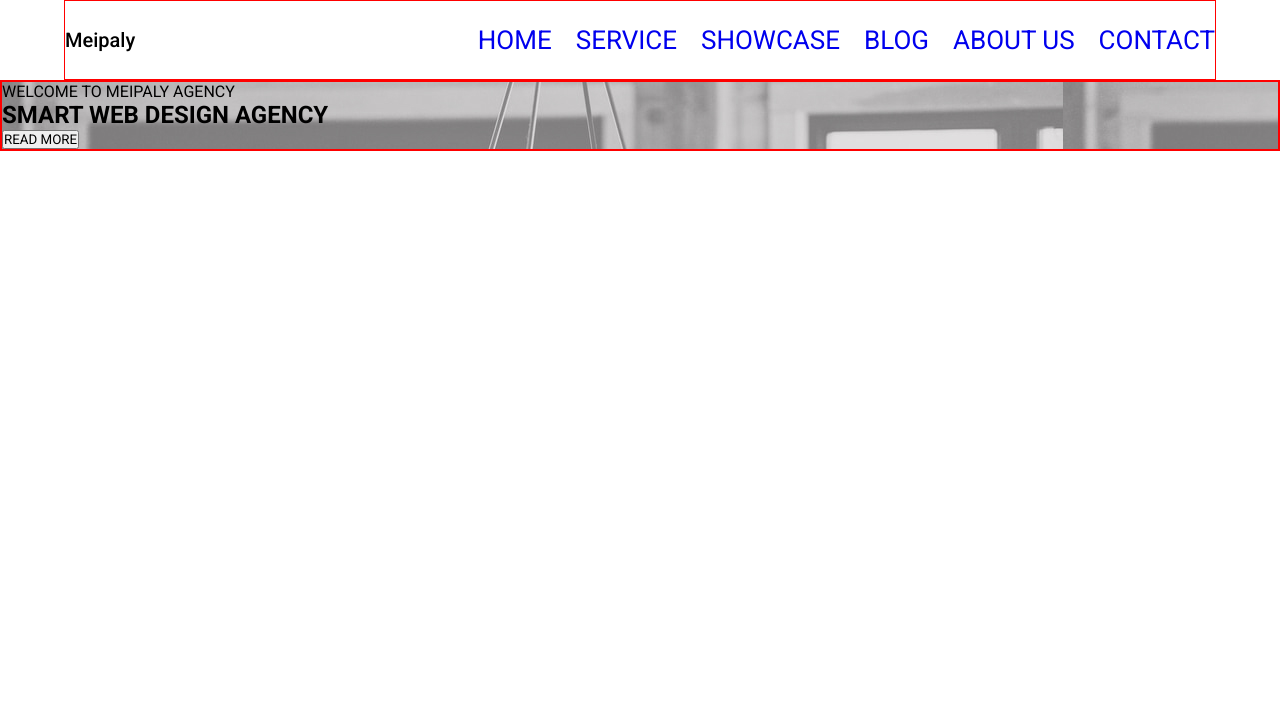
Repository: ducdatit2002/meipaly
Page: index.html
These files come from the project's save history. The page is drawn as it stood at one moment and after the next save; the edit follows.
The browser window is 1280 px wide. The pictures show the whole page.

Above is the page before, as saved 2023-07-10 19:49:37.

### index.html
<!DOCTYPE html>
<html lang="en">
  <head>
    <meta charset="UTF-8" />
    <meta name="viewport" content="width=device-width, initial-scale=1.0" />
    <title>Meipaly</title>
    <link rel="stylesheet" href="./index.css" />
    <link
      rel="stylesheet"
      href="https://cdnjs.cloudflare.com/ajax/libs/font-awesome/6.4.0/css/all.min.css"
      integrity="sha512-iecdLmaskl7CVkqkXNQ/ZH/XLlvWZOJyj7Yy7tcenmpD1ypASozpmT/E0iPtmFIB46ZmdtAc9eNBvH0H/ZpiBw=="
      crossorigin="anonymous"
      referrerpolicy="no-referrer"
    />
    <link rel="preconnect" href="https://fonts.googleapis.com">
    <link rel="preconnect" href="https://fonts.gstatic.com" crossorigin>
    <link
        href="https://fonts.googleapis.com/css2?family=Open+Sans:wght@300;400;500;600&family=Roboto:wght@300;400;500;700&display=swap"
        rel="stylesheet">
  </head>
  <body>
    <header>
      <div class="header__container">
        <span>Meipaly</span>
        <nav>
            <a href="#">HOME</a>
            <a href="#">SERVICE</a>
            <a href="#">SHOWCASE</a>
            <a href="#">BLOG</a>
            <a href="#">ABOUT US</a>
            <a href="#">CONTACT</a>
        </nav>
      </div>
    </header>
    <section class="banner">
        <div class="banner__container">
            <p>WELCOME TO MEIPALY AGENCY</p>
            <h2>
                SMART WEB
                DESIGN AGENCY
            </h2>
            <button>READ MORE</button>
        </div>
    </section>
    <section class="carousel"></section>
    <section class="blog"></section>
    <section class="number"></section>
    <section class="experience"></section>
    <section class="contact"></section>
    <footer></footer>
  </body>
</html>

### index.css
*{
    padding: 0;
    margin: 0;
    box-sizing: border-box;
    font-family: 'Open Sans', sans-serif;
    font-family: 'Roboto', sans-serif;
}
/* flex => list */
header {
    display: flex;
    justify-content: center;
}
.header__container {
    height: 80px;
    border: 1px solid red;
    display: flex;
    justify-content: space-between;
    align-items: center;
    width: 90%;
    max-width: 1200px;
}
/* Trục chính default là chiều ngang */
/* Justify-content: trục chính */
/* align-items: trục phụ */
header span {
    font-size: 20px;
    font-weight: 500;
}
header a {
    text-decoration: none;
    text-transform: uppercase;
    margin-left: 20px;
    font-size: 26px;
}
/* BANNER */
.banner {
    background-image: url(./img/home_slider.jpg);
    height: ;
}
.banner__container {
    border: 2px solid red;
}

After the next save:
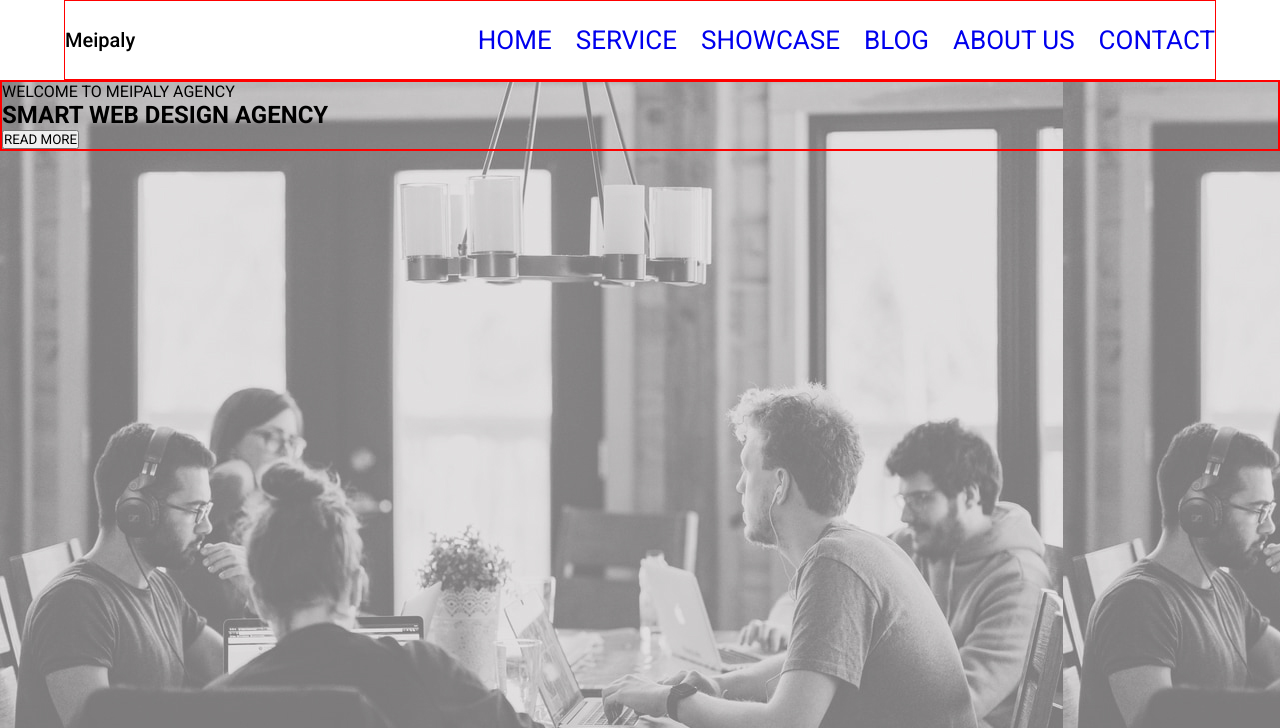
Saved 4 s later.
--- a/index.css
+++ b/index.css
@@ -35,7 +35,7 @@
 /* BANNER */
 .banner {
     background-image: url(./img/home_slider.jpg);
-    height: ;
+    height: 90vh;
 }
 .banner__container {
     border: 2px solid red;
